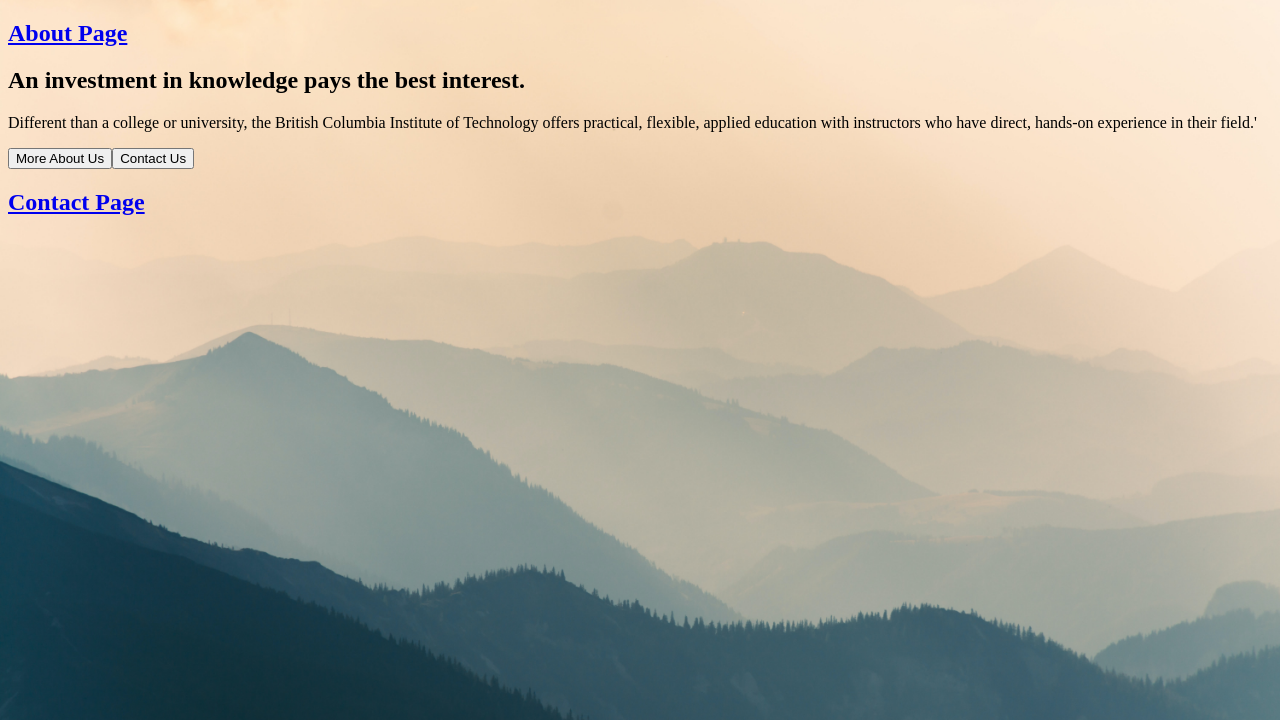
Repository: sierralaurent/MDIA2109-Assignment01
Page: /
An editor plug-in stored every save of this project. The page is shown before and after the next save, followed by the edit.
The browser window is 1280 px wide. The pictures show the whole page.
The project was rebuilt for these pictures with package versions that can differ from the ones it lists, and the page was loaded fresh each time. The framework's server and built-in components were replaced by stand-ins that run in the browser. Also part of the build but not shown: next.config.js.

Above is the page before, as saved 2023-01-31 13:56:08.

After the next save:
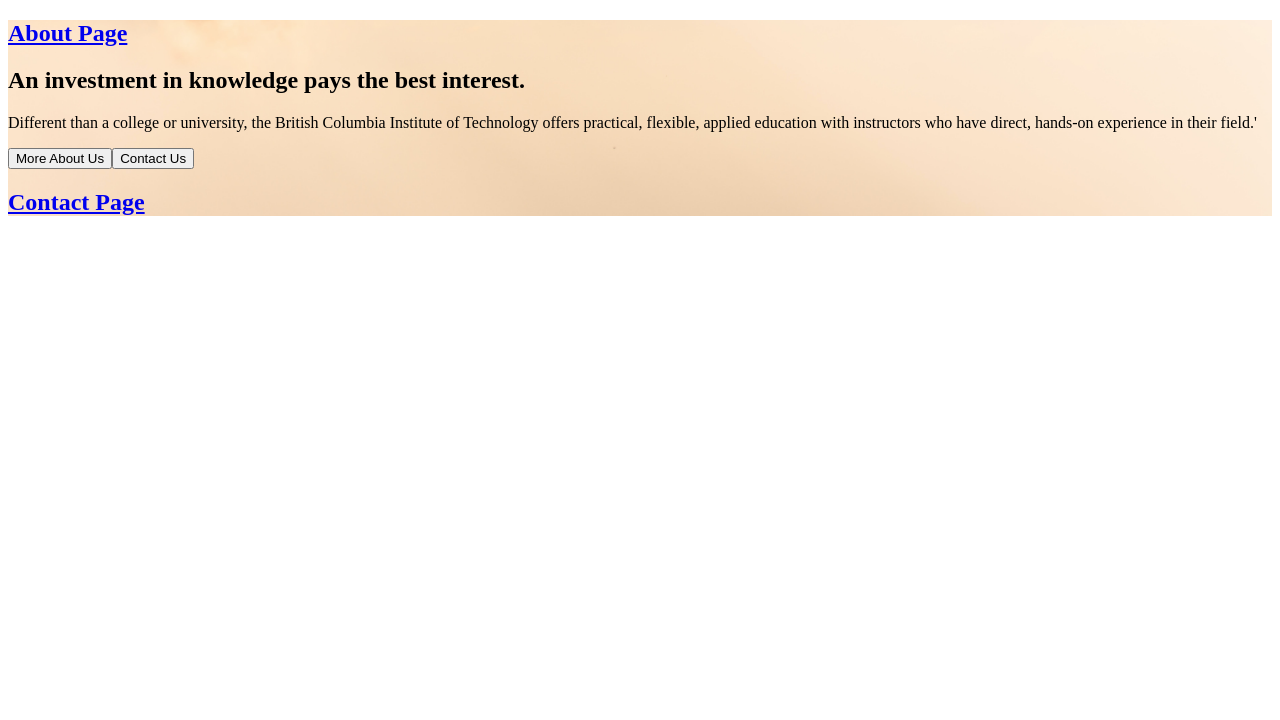
Saved 17 s later.
--- a/styles/Home.module.css
+++ b/styles/Home.module.css
@@ -7,7 +7,7 @@
   align-items: center;
   margin: 40px 0px;
 }
-body {
+main {
   background-image: url('/background-images/backgroundMountain.jpg');
   background-size:cover;
 }
